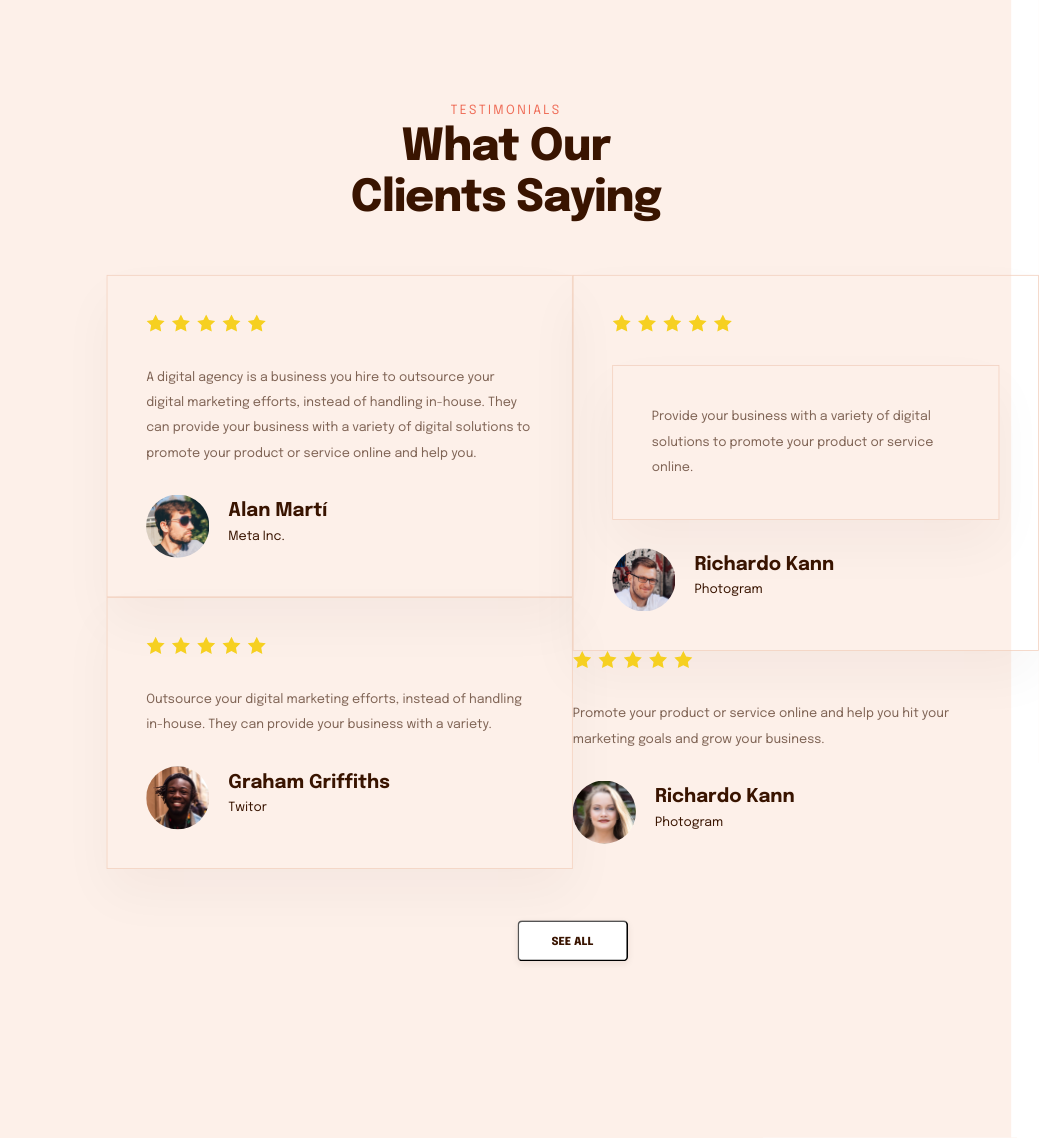
Repository: HeybetzadeQedim/task-6
Page: TESTIMONIALS/index.html
The author's editor kept a copy of each file at every save. The page is drawn from the files as they stood at one save, then again after the next save.
The browser window is 1280 px wide. The page is 1315 px wide, so the pictures cover 1315 px, including what lies to the right of the window. The pictures show the whole page, at 79% of full size.

Above is the page before, as saved 2023-10-30 16:02:08.

### TESTIMONIALS/index.html
<!DOCTYPE html>
<html lang="en">
  <head>
    <meta charset="UTF-8" />
    <meta name="viewport" content="width=device-width, initial-scale=1.0" />
    <title>Document</title>
    <link rel="stylesheet" href="./index.css" />
  </head>
  <body>
    <div>
        <div class="main-container">
            <div class="text-container">
              <h5>Testimonials</h5>
              <h1>
                What Our<br />
                Clients Saying
              </h1>
            </div>

            <div class="box-container">
              <div class="left-container">
                <div class="box-1 box">
                  <img src="images/star.svg" />
                  <p class="text-1">
                    A digital agency is a business you hire to outsource your digital
                    marketing efforts, instead of handling in-house. They can provide
                    your business with a variety of digital solutions to promote your
                    product or service online and help you.
                  </p>
                  <div class="flex-container">
                    <img src="images/Oval (2).svg" />
                    <div class="text-2">
                      <h4>Alan Martí</h4>
                      <p>Meta Inc.</p>
                    </div>
                  </div>
                </div>
                <div>
                  <div class="box-2 box">
                    <img src="images/star.svg" />
                    <p class="text-1">
                      Outsource your digital marketing efforts, instead of handling
                      in-house. They can provide your business with a variety.
                    </p>
                    <div class="flex-container">
                      <img src="images/Oval (4).svg" />
                      <div class="text-2">
                        <h4>Graham Griffiths</h4>
                        <p>Twitor</p>
                      </div>
                    </div>
                  </div>
                </div>
              </div>

              <div class="right-container">
                <div class="box-3 box">
                  <img src="images/star.svg" />
                  <p class="text-1 box">
                    Provide your business with a variety of digital solutions to
                    promote your product or service online.
                  </p>
                  <div class="flex-container">
                    <img src="images/Oval (3).svg" />
                    <div class="text-2">
                      <h4>Richardo Kann</h4>
                      <p>Photogram</p>
                    </div>
                  </div>
                </div>

              <div class="box-4">
                  <img src="images/star.svg" />
                  <p class="text-1">
                    Promote your product or service online and help you hit your
                    marketing goals and grow your business.
                  </p>
                  <div class="flex-container">
                    <img src="images/Oval (5).svg" />
                    <div class="text-2">
                      <h4>Richardo Kann</h4>
                      <p>Photogram</p>
                    </div>
                  </div>
              </div>
            </div>

          </div>

          <button>See All</button>
    </div>

  </body>
</html>

### TESTIMONIALS/index.css
@import url("https://fonts.googleapis.com/css2?family=Epilogue:wght@400;700;800&display=swap");
* {
  padding: 0;
  margin: 0;
  box-sizing: border-box;
}
.main-container {
  padding: 124px 134px 108px 135px;
  background-color: #fdf0e9;
  min-height: 200vh;
}
.main-container .text-container h5 {
  color: var(--Text_Dark_Accent, #ef6d58);
  text-align: center;
  font-feature-settings: "clig" off, "liga" off;
  font-family: Epilogue;
  font-size: 16px;
  font-style: normal;
  font-weight: 400;
  line-height: 32px;
  letter-spacing: 3px;
  text-transform: uppercase;
}
.main-container .text-container h1 {
  color: var(--Text_Dark, #391400);
  text-align: center;
  font-feature-settings: "clig" off, "liga" off;
  font-family: Epilogue;
  font-size: 56px;
  font-style: normal;
  font-weight: 800;
  line-height: 64px;
  letter-spacing: -1px;
}
.box-container {
  margin-top: 64px;
  display: flex;
}

.box-contanier .box-1 img:first-child {
  width: 152px;
  height: 24px;
}
.text-1 {
  margin-top: 36px;
  margin-bottom: 36px;
  width: 490px;
  color: var(--Text_Dark_Gray, rgba(57, 20, 0, 0.64));
  font-feature-settings: "clig" off, "liga" off;
  font-family: Epilogue;
  font-size: 16px;
  font-style: normal;
  font-weight: 400;
  line-height: 32px;
}
.flex-container {
  display: flex;
}
.flex-container img {
  width: 80px;
  height: 80px;
}
.text-2 {
  margin-left: 24px;
  margin-top: 5px;
}
.text-2 h4 {
  color: var(--Text_Dark, #391400);
  font-feature-settings: "clig" off, "liga" off;
  font-family: Epilogue;
  font-size: 24px;
  font-style: normal;
  font-weight: 700;
  line-height: 32px;
}

.box {
  padding: 49px ;
  border: 1px solid #f3d1bf;
  box-shadow: 0px 32px 64px 0px rgba(57, 20, 0, 0.04);
}
.flex-container .text-2 p {
  color: var(--Text_Dark, #391400);
  font-feature-settings: "clig" off, "liga" off;
  font-family: Epilogue;
  font-size: 16px;
  font-style: normal;
  font-weight: 400;
  line-height: 32px;
}

button {
  color: #391400;
  margin-left: 520px;
  margin-top: 65px;
  font-family: Epilogue;
  font-size: 14px;
  font-style: normal;
  font-weight: 900;
  line-height: normal;
  text-transform: uppercase;
  padding: 18px 42px 16px 41px;
  border-radius: 6px;
  background: #fff;
  box-shadow: 0px 3px 9px 0px rgba(57, 20, 0, 0.08);
}

After the next save:
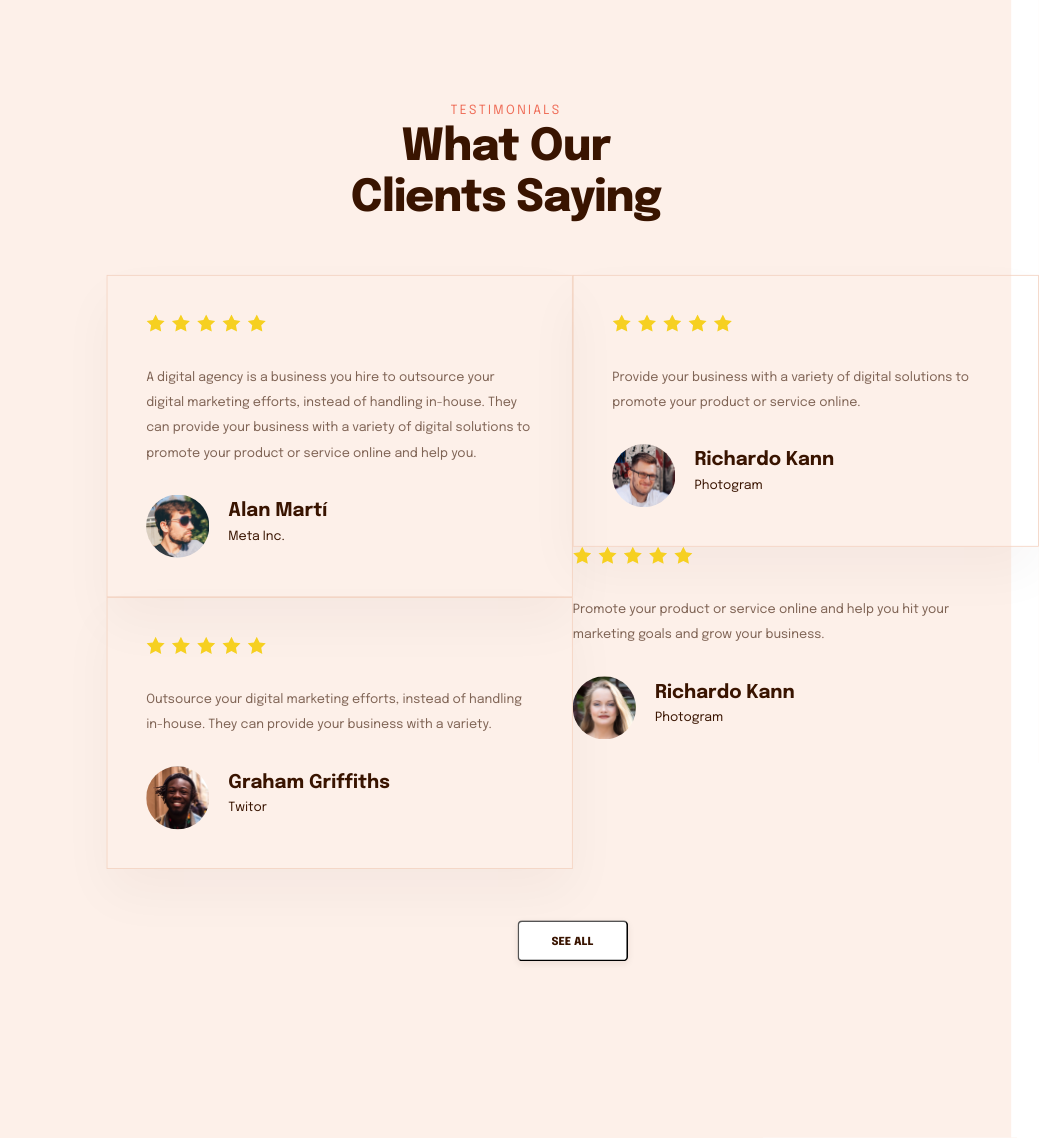
Saved 43 s later.
--- a/TESTIMONIALS/index.html
+++ b/TESTIMONIALS/index.html
@@ -56,7 +56,7 @@
               <div class="right-container">
                 <div class="box-3 box">
                   <img src="images/star.svg" />
-                  <p class="text-1 box">
+                  <p class="text-1 ">
                     Provide your business with a variety of digital solutions to
                     promote your product or service online.
                   </p>
